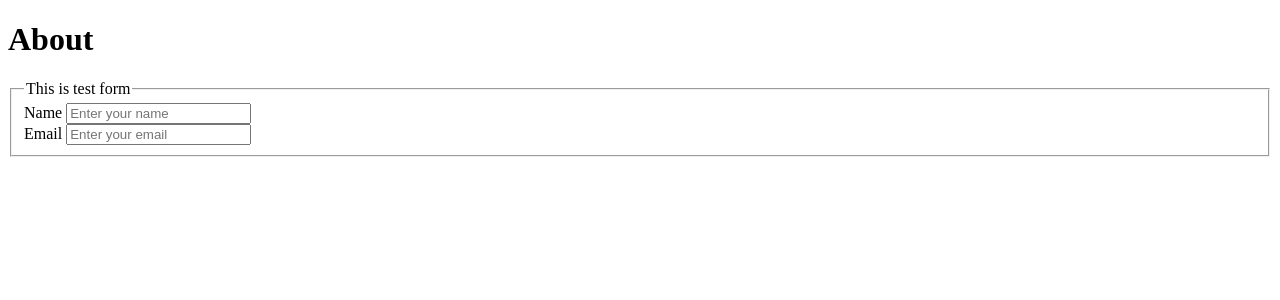
Repository: fisikusari/test-repo
Page: about.html
These files come from the project's save history. The page is drawn as it stood at one moment and after the next save; the edit follows.
The browser window is 1280 px wide. The pictures show the whole page.

Above is the page before, as saved 2021-11-11 18:56:55.

### about.html
<!DOCTYPE html>
<html lang="en">

<head>
  <meta charset="UTF-8">
  <meta http-equiv="X-UA-Compatible" content="IE=edge">
  <meta name="viewport" content="width=device-width, initial-scale=1.0">
  <title>About</title>
</head>

<body>
  <h1>About</h1>
  <!--Form Starts here-->
  <form action="">
    <!--Fieldset Starts here-->
    <fieldset>
      <legend>This is test form</legend>
      <label for="name">Name</label>
      <input type="text" id="name" name="emri" placeholder="Enter your name"><br>
      <label for="email">Email</label>
      <input type="email" name="email" id="email" placeholder="Enter your email">
    </fieldset>
    <!--Fieldset Ends here-->
  </form>
  <!--Form Ends here-->
</body>

</html>

After the next save:
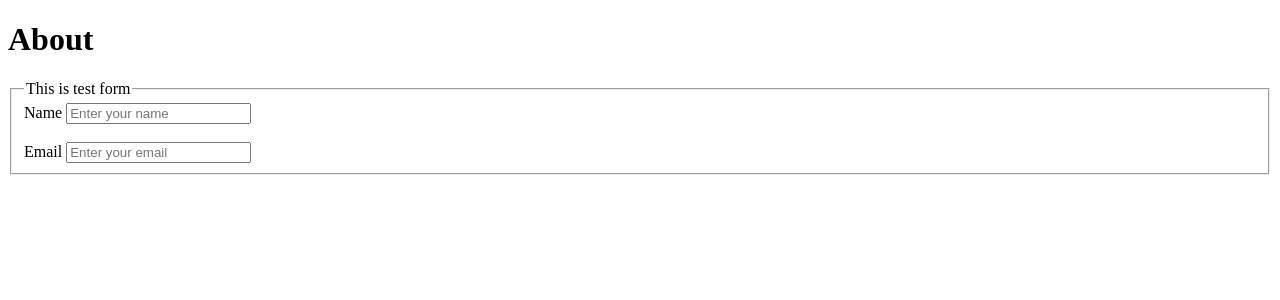
Saved 13 s later.
--- a/about.html
+++ b/about.html
@@ -16,7 +16,7 @@
     <fieldset>
       <legend>This is test form</legend>
       <label for="name">Name</label>
-      <input type="text" id="name" name="emri" placeholder="Enter your name"><br>
+      <input type="text" id="name" name="emri" placeholder="Enter your name"><br><br>
       <label for="email">Email</label>
       <input type="email" name="email" id="email" placeholder="Enter your email">
     </fieldset>
